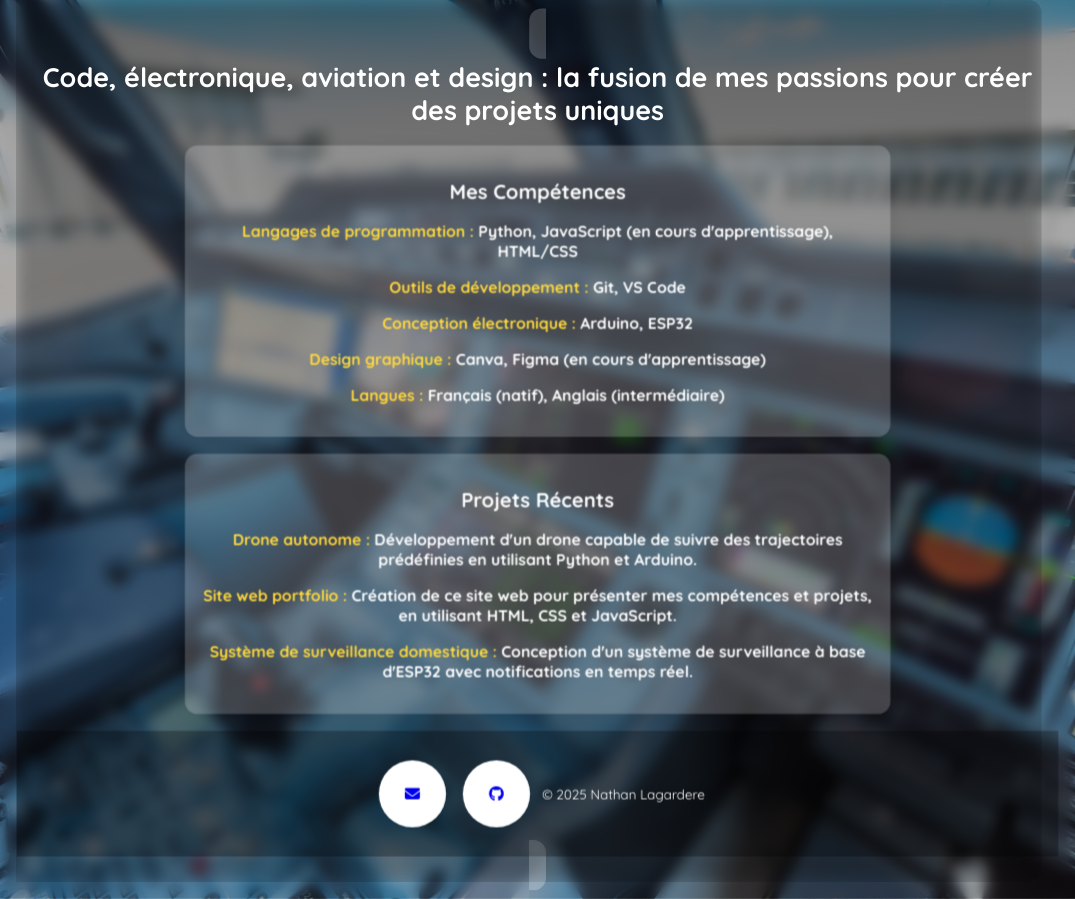
Repository: nlagardere/myportfolio
Page: index - Copie.html
The author's editor kept a copy of each file at every save. The page is drawn from the files as they stood at one save, then again after the next save.
The browser window is 1280 px wide. The pictures show the whole page, at 84% of full size.

Above is the page before, as saved 2025-09-06 10:23:44.

### index - Copie.html
<!DOCTYPE html>
<html lang="fr">
<head>
  <meta charset="UTF-8">
  <meta name="viewport" content="width=device-width, initial-scale=1.0">
  <title>Portfolio</title>

  <!-- Google Fonts -->
  <link href="https://fonts.googleapis.com/css2?family=Exo+2:wght@400;700&family=Quicksand:wght@400;700&display=swap" rel="stylesheet">
  <!-- Font Awesome -->
  <link rel="stylesheet" href="https://cdnjs.cloudflare.com/ajax/libs/font-awesome/6.5.0/css/all.min.css">

  <style>
    /* ========== BODY & LAYOUT ========== */
    body {
      font-family: 'Quicksand', sans-serif;
      margin: 0;
      padding: 0;
      min-height: 100vh;
      display: flex;
      flex-direction: column;
      background: url('a350.jpg') no-repeat center center;
      background-size: cover;
      color: #fff;
    }

    header {
      text-align: center;
      padding: 30px 20px;
      background: rgba(0,0,0,0.3);
      backdrop-filter: blur(8px);
    }

    /* ========== GLASS CARD ========== */
    .glasscard, .competences {
      background: rgba(255, 255, 255, 0.2);
      border-radius: 15px;
      padding: 20px;
      margin: 20px auto;
      max-width: 800px;
      backdrop-filter: blur(10px);
      box-shadow: 0 4px 30px rgba(0,0,0,0.1);
      text-align: center;
      animation: zoomPop 1s ease forwards;
      color: white;
    }

    .highlight {
      color: #FFD93D;
      font-weight: bold;
    }

    @keyframes zoomPop {
      0% { opacity: 0; transform: scale(0.1) translateZ(-800px); }
      60% { opacity: 1; transform: scale(1.2) translateZ(50px); }
      80% { transform: scale(0.95) translateZ(0); }
      100% { opacity: 1; transform: scale(1) translateZ(0); }
    }

    /* ========== ACRONYM ========== */
    .acronym-container {
      display: flex;
      justify-content: center;
      gap: 10px;
      flex-wrap: wrap;
      perspective: 1000px;
    }

    .letter-block {
      flex: none;
      text-align: center;
      opacity: 0;
      transform: scale(0.1) translateZ(-800px);
      animation: zoomPop 0.8s cubic-bezier(0.25, 1.5, 0.5, 1) forwards;
    }

    .letter-block:nth-child(1) { animation-delay: 0s; }
    .letter-block:nth-child(2) { animation-delay: 0.1s; }
    .letter-block:nth-child(3) { animation-delay: 0.2s; }
    .letter-block:nth-child(4) { animation-delay: 0.3s; }
    .letter-block:nth-child(5) { animation-delay: 0.4s; }
    .letter-block:nth-child(6) { animation-delay: 0.5s; }

    .letter-block .letter {
      font-size: 4em;
      font-weight: bold;
      font-family: 'Exo 2', sans-serif;
      background: linear-gradient(45deg, #FF6B6B, #FFD93D);
      -webkit-background-clip: text;
      -webkit-text-fill-color: transparent;
      transition: filter 0.2s;
    }

    .letter-block .letter:hover {
      filter: brightness(1.2);
    }

    .letter-block .desc {
      font-size: 1.2em;
      margin-top: 5px;
    }

    /* ========== SOCIAL ICONS ========== */
    .wrapper {
      display: inline-flex;
      justify-content: center;
      list-style: none;
      padding: 20px 0;
      margin: 0 auto;
    }

    .wrapper .icon {
      position: relative;
      background: #ffffff;
      border-radius: 50%;
      padding: 15px;
      margin: 0 10px;
      width: 50px;
      height: 50px;
      font-size: 18px;
      display: flex;
      justify-content: center;
      align-items: center;
      cursor: pointer;
      transition: all 0.2s cubic-bezier(0.68, -0.55, 0.265, 1.55);
    }

    .wrapper .tooltip {
      position: absolute;
      bottom: 100%;
      left: 50%;
      transform: translateX(-50%) translateY(-10px);
      font-size: 14px;
      background: #333;
      color: #fff;
      padding: 5px 8px;
      border-radius: 5px;
      opacity: 0;
      pointer-events: none;
      white-space: nowrap;
      transition: all 0.3s cubic-bezier(0.68, -0.55, 0.265, 1.55);
      z-index: 10;
    }

    .wrapper .tooltip::before {
      content: "";
      position: absolute;
      top: 100%;
      left: 50%;
      transform: translateX(-50%) rotate(45deg);
      width: 8px;
      height: 8px;
      background: #333;
    }

    .wrapper .icon:hover .tooltip {
      opacity: 1;
      pointer-events: auto;
      transform: translateX(-50%) translateY(-15px);
    }

    .wrapper .mail:hover,
    .wrapper .mail:hover .tooltip,
    .wrapper .mail:hover .tooltip::before {
      background: #00CED1;
      color: #fff;
    }

    .wrapper .github:hover,
    .wrapper .github:hover .tooltip,
    .wrapper .github:hover .tooltip::before {
      background: #333333;
      color: #fff;
    }

    /* ========== FOOTER ========== */
    .footer{
      text-align: center;
      padding: 15px 20px;
      background: rgba(0,0,0,0.3);
      backdrop-filter: blur(8px);
      color: white;
      margin-top: auto; /* ça force le footer en bas */

    }

    /* ========== RESPONSIVE ========== */
    @media (max-width: 600px) {
      .letter-block .letter {
        font-size: 2.5em;
      }
    }

  </style>
</head>
<body>
  <header>
    <na

  <div class="glasscard">
    <h1>Code, électronique, aviation et design : la fusion de mes passions pour créer des projets uniques</h1>
  </div>

  <div class="competences">
    <h2>Mes Compétences</h2>
    <h3><span class="highlight">Langages de programmation :</span> Python, JavaScript (en cours d'apprentissage), HTML/CSS</h3>
    <h3><span class="highlight">Outils de développement :</span> Git, VS Code</h3>
    <h3><span class="highlight">Conception électronique :</span> Arduino, ESP32</h3>
    <h3><span class="highlight">Design graphique :</span> Canva, Figma (en cours d'apprentissage)</h3>
    <h3><span class="highlight">Langues :</span> Français (natif), Anglais (intermédiaire)</h3>
  </div>

  <div calss="projects">
    <div class="glasscard">
      <h2>Projets Récents</h2>
      <h3><span class="highlight">Drone autonome :</span> Développement d'un drone capable de suivre des trajectoires prédéfinies en utilisant Python et Arduino.</h3>
      <h3><span class="highlight">Site web portfolio :</span> Création de ce site web pour présenter mes compétences et projets, en utilisant HTML, CSS et JavaScript.</h3>
      <h3><span class="highlight">Système de surveillance domestique :</span> Conception d'un système de surveillance à base d'ESP32 avec notifications en temps réel.</h3>
    </div>
  </div>




  <div class="footer">
    <ul class="wrapper">
      <li class="icon mail">
        <a href="mailto:nathan.lagardere@gmail.com" target="_blank">
          <span class="tooltip">Mail</span>
          <i class="fas fa-envelope"></i>
        </a>
      </li>
      <li class="icon github">
        <a href="https://github.com/nlagardere" target="_blank">
          <span class="tooltip">Github</span>
          <i class="fab fa-github"></i>
        </a>
      </li>
    </ul>
    © 2025 Nathan Lagardere
  </div>
</body>
</html>

After the next save:
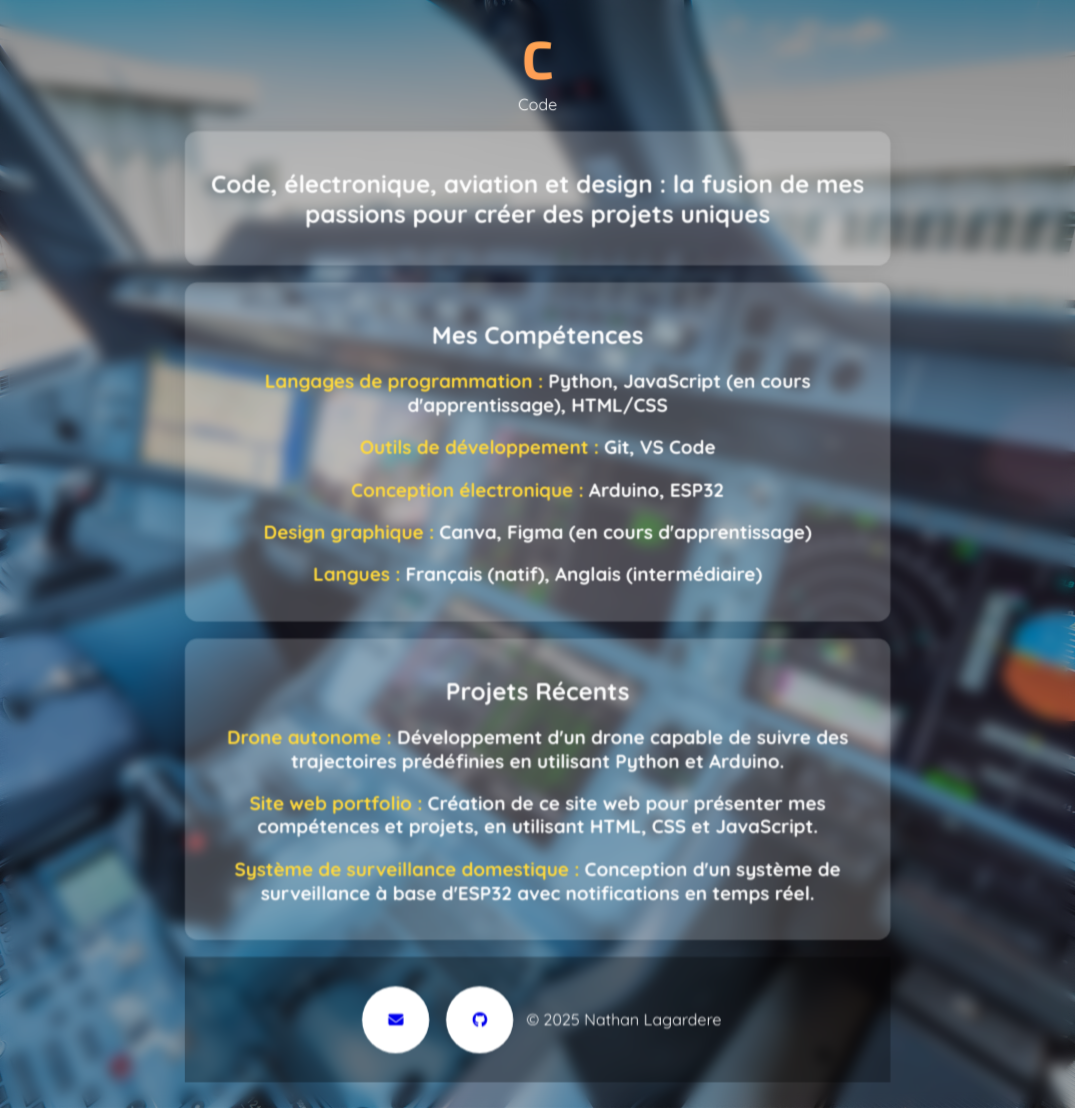
Saved 4 s later.
--- a/index - Copie.html
+++ b/index - Copie.html
@@ -195,7 +195,10 @@
 </head>
 <body>
   <header>
-    <na
+    <nav class="acronym-container">
+      <div class="letter-block">
+        <div class="letter">C</div>
+        <div class="desc">Code
 
   <div class="glasscard">
     <h1>Code, électronique, aviation et design : la fusion de mes passions pour créer des projets uniques</h1>
